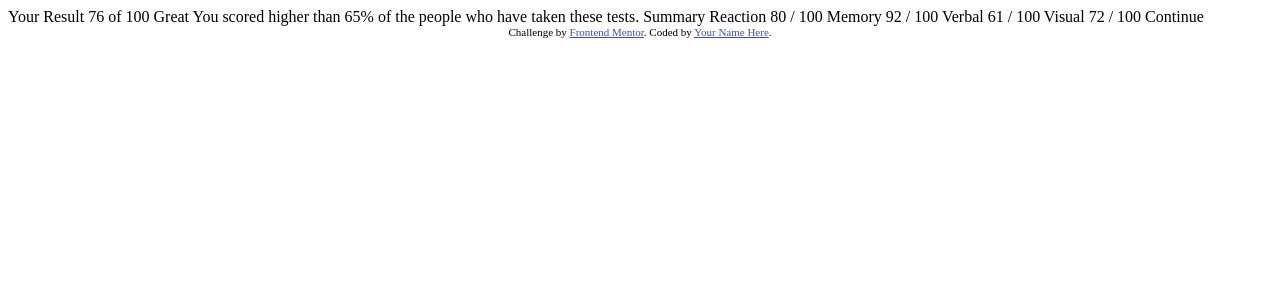
Repository: deptraicogisainao/First-challenge
Page: results-summary-component-main/index.html
These files come from the project's save history. The page is drawn as it stood at one moment and after the next save; the edit follows.
The browser window is 1280 px wide. The pictures show the whole page.

Above is the page before, as saved 2023-02-17 23:43:01.

### results-summary-component-main/index.html
<!DOCTYPE html>
<html lang="en">
<head>
  <meta charset="UTF-8">
  <meta name="viewport" content="width=device-width, initial-scale=1.0"> <!-- displays site properly based on user's device -->

  <link rel="icon" type="image/png" sizes="32x32" href="./assets/images/favicon-32x32.png">

  <title>Frontend Mentor | Results summary component</title>

  <!-- Feel free to remove these styles or customise in your own stylesheet 👍 -->
  <style>
    .attribution { font-size: 11px; text-align: center; }
    .attribution a { color: hsl(228, 45%, 44%); }
  </style>
</head>
<body>

  Your Result
  76
  of 100

  Great
  You scored higher than 65% of the people who have taken these tests.

  Summary

  Reaction
  80 / 100

  Memory
  92 / 100

  Verbal
  61 / 100

  Visual
  72 / 100

  Continue

  <div class="attribution">
    Challenge by <a href="https://www.frontendmentor.io?ref=challenge" target="_blank">Frontend Mentor</a>.
    Coded by <a href="#">Your Name Here</a>.
  </div>
</body>
</html>

After the next save:
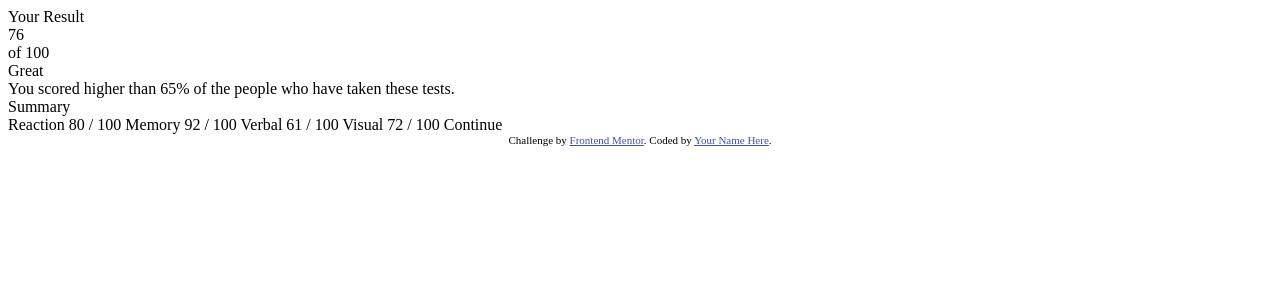
Saved 53 days later.
--- a/results-summary-component-main/index.html
+++ b/results-summary-component-main/index.html
@@ -16,14 +16,55 @@
 </head>
 <body>
 
-  Your Result
-  76
-  of 100
+<div class="wrapper">
+  <div class="result">
+    <div class="heading">Your Result</div>
+    <div class="score">
+      <div class="score1">76</div>
+      <div class="score2">of 100</div>
+    </div>
+    <div class="rating">Great</div>
+    <div class="comment"> You scored higher than 65% of the people who have taken these tests.</div>
+  </div>
+  <div class="summary">
+    <div class="heading">
+      Summary</div>
+    <div class="details">
+      <div class="details1">
+        <div class="reaction"></div>
+        <div class="score1"></div>
+      </div>
+      <div class="details2">
+        <div class="memory"></div>
+        <div class="score2"></div>
+      </div>
+      <div class="details3">
+        <div class="verbal"></div>
+        <div class="score3"></div>
+      </div>
+      <div class="details4">
+        <div class="visual"></div>
+        <div class="score4"></div>
+      </div>
 
-  Great
-  You scored higher than 65% of the people who have taken these tests.
 
-  Summary
+
+
+    </div>
+    <div class="continue"></div>
+  </div>
+</div>
+
+
+
+
+
+
+
+
+
+
+
 
   Reaction
   80 / 100
